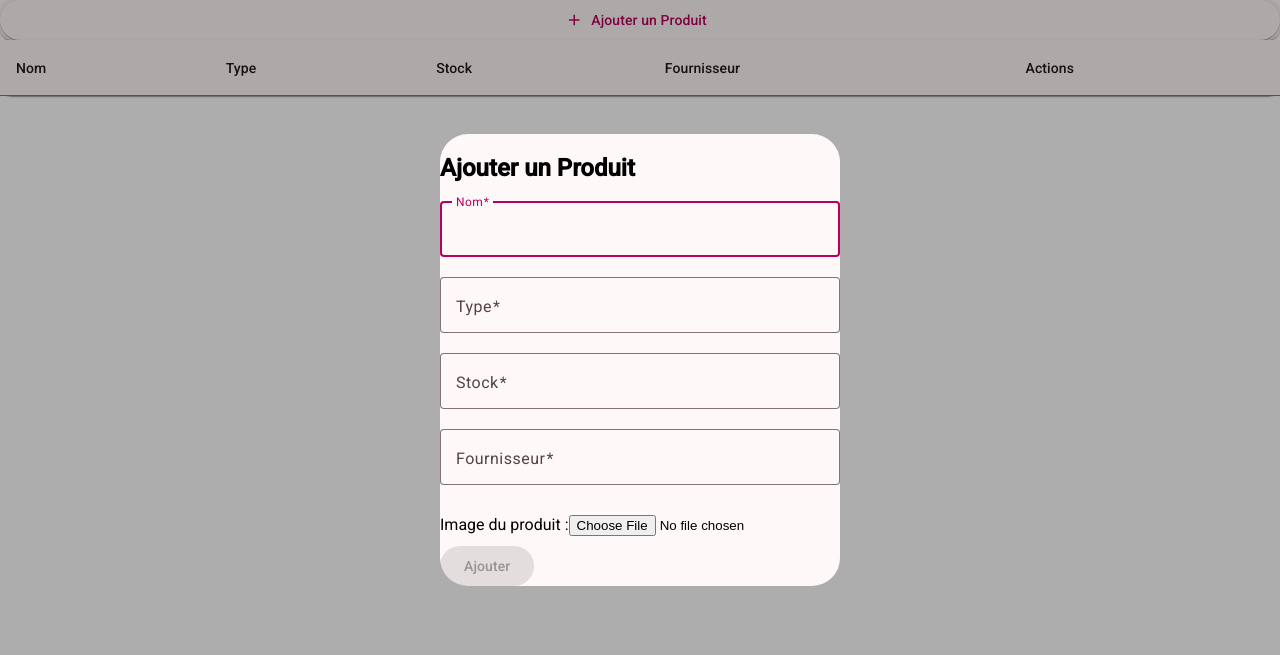
Repository: hadilXattia/Gestion_Production
Page: /produits (app in frontend-production/), after clicking the first element matching `button.mdc-button`
These files come from the project's save history. The page is drawn as it stood at one moment and after the next save; the edit follows.
The browser window is 1280 px wide. The pictures show the whole page.
The page's requests for data from a server got no answer. The project was rebuilt for these pictures with package versions that can differ from the ones it lists, and the page was loaded fresh each time. No one was signed in, and anything a server would have sent is missing. Also part of the build but not shown: frontend-production/angular.json, frontend-production/src/app/components/machine/machine.component.ts, frontend-production/src/app/services/machine.service.ts, frontend-production/src/app/components/technicien/technicien.component.ts, frontend-production/src/app/services/technicien.service.ts, frontend-production/src/app/components/ordre-fabrication/ordre-fabrication.component.ts, frontend-production/src/app/services/ordre-fabrication.service.ts, frontend-production/src/app/components/maintenance/maintenance.component.ts and 1 more.

Above is the page before, as saved 2025-05-10 12:42:49.

### frontend-production/src/index.html
<!doctype html>
<html lang="en">
<head>
  <meta charset="utf-8">
  <title>FrontendProduction</title>
  <base href="/">
  <meta name="viewport" content="width=device-width, initial-scale=1">
  <link rel="icon" type="image/x-icon" href="favicon.ico">
  <link href="https://fonts.googleapis.com/css2?family=Roboto:wght@300;400;500&display=swap" rel="stylesheet">
  <link href="https://fonts.googleapis.com/icon?family=Material+Icons" rel="stylesheet">
</head>
<body class="mat-typography">
  <app-root></app-root>
</body>
</html>

### frontend-production/src/main.ts
import { bootstrapApplication } from '@angular/platform-browser';
import { AppComponent } from './app/app.component';
import { provideHttpClient } from '@angular/common/http';
import { importProvidersFrom } from '@angular/core';
import { FormsModule } from '@angular/forms';
import { provideRouter } from '@angular/router';
import { routes } from './app/app.routes';

bootstrapApplication(AppComponent, {
  providers: [
    provideHttpClient(),
    importProvidersFrom(FormsModule),
    provideRouter(routes)
  ]
});

### frontend-production/src/app/app.component.ts
import { Component } from '@angular/core';
import { RouterOutlet } from '@angular/router';

@Component({
  selector: 'app-root',
  imports: [RouterOutlet],
  templateUrl: './app.component.html',
  styleUrl: './app.component.css'
})
export class AppComponent {
  title = 'frontend-production';
}

### frontend-production/src/app/app.routes.ts
import { Routes } from '@angular/router';
import { ProduitComponent } from './components/produit/produit.component';
import { MachineComponent } from './components/machine/machine.component';
import { TechnicienComponent } from './components/technicien/technicien.component';
import { OrdreFabricationComponent } from './components/ordre-fabrication/ordre-fabrication.component';
import { MaintenanceComponent } from './components/maintenance/maintenance.component';

export const routes: Routes = [
  { path: 'produits', component: ProduitComponent },
  { path: 'machines', component: MachineComponent },
  { path: 'techniciens', component: TechnicienComponent },
  { path: 'ordres', component: OrdreFabricationComponent },
  { path: 'maintenances', component: MaintenanceComponent },
  { path: '', redirectTo: 'produits', pathMatch: 'full' },
  { path: '**', redirectTo: 'produits' }
];

### frontend-production/src/app/components/produit/produit.component.ts
import { Component, OnInit } from '@angular/core';
import { ProduitService } from '../../services/produit.service';
import { MatDialog } from '@angular/material/dialog';
import { AjouterProduitDialogComponent } from './ajouter-produit-dialog.component';

import { NgFor, CommonModule } from '@angular/common';
import { FormsModule } from '@angular/forms';
import { MatTableModule } from '@angular/material/table';
import { MatButtonModule } from '@angular/material/button';
import { MatFormFieldModule } from '@angular/material/form-field';
import { MatInputModule } from '@angular/material/input';
import { MatCardModule } from '@angular/material/card';
import { MatIconModule } from '@angular/material/icon';
import { MatDialogModule } from '@angular/material/dialog';

@Component({
  selector: 'app-produit',
  standalone: true,
  imports: [
    NgFor, CommonModule, FormsModule, MatTableModule,
    MatButtonModule, MatFormFieldModule, MatDialogModule,
    MatInputModule, MatCardModule, MatIconModule
  ],
  templateUrl: './produit.component.html',
  styleUrl: './produit.component.css'
})
export class ProduitComponent implements OnInit {
  produits: any[] = [];

  constructor(private produitService: ProduitService, private dialog: MatDialog) {}

  ngOnInit() {
    this.loadProduits();
  }

  loadProduits() {
    this.produitService.getProduits().subscribe(data => {
      this.produits = data;
    });
  }

  openAjouterDialog() {
    const dialogRef = this.dialog.open(AjouterProduitDialogComponent, {
      width: '400px'
    });

    dialogRef.afterClosed().subscribe(result => {
      if (result) {
        this.produitService.createProduit(result).subscribe(() => {
          this.loadProduits();
        });
      }
    });
  }

  deleteProduit(id: number) {
    this.produitService.deleteProduit(id).subscribe(() => {
      this.loadProduits();
    });
  }
}

### frontend-production/src/app/components/produit/produit.component.html
<!-- Button to open the add product dialog -->
<mat-card class="mt-4">
  <button mat-raised-button color="primary" (click)="openAjouterDialog()">
    <mat-icon>add</mat-icon> Ajouter un Produit
  </button>
</mat-card>

<!-- Product list table -->
<mat-card class="mt-4">
  <table mat-table [dataSource]="produits" class="mat-elevation-z8" style="width: 100%;">
    <!-- Nom Column -->
    <ng-container matColumnDef="nom">
      <th mat-header-cell *matHeaderCellDef> Nom </th>
      <td mat-cell *matCellDef="let produit"> {{ produit.nom }} </td>
    </ng-container>

    <!-- Type Column -->
    <ng-container matColumnDef="type">
      <th mat-header-cell *matHeaderCellDef> Type </th>
      <td mat-cell *matCellDef="let produit"> {{ produit.type }} </td>
    </ng-container>

    <!-- Stock Column -->
    <ng-container matColumnDef="stock">
      <th mat-header-cell *matHeaderCellDef> Stock </th>
      <td mat-cell *matCellDef="let produit"> {{ produit.stock }} </td>
    </ng-container>

    <!-- Fournisseur Column -->
    <ng-container matColumnDef="fournisseur">
      <th mat-header-cell *matHeaderCellDef> Fournisseur </th>
      <td mat-cell *matCellDef="let produit"> {{ produit.fournisseur }} </td>
    </ng-container>

    <!-- Actions Column -->
    <ng-container matColumnDef="actions">
      <th mat-header-cell *matHeaderCellDef> Actions </th>
      <td mat-cell *matCellDef="let produit">
        <button mat-raised-button color="warn" (click)="deleteProduit(produit.id)">
          <mat-icon>delete</mat-icon> Supprimer
        </button>
      </td>
    </ng-container>

    <tr mat-header-row *matHeaderRowDef="['nom', 'type', 'stock', 'fournisseur', 'actions']"></tr>
    <tr mat-row *matRowDef="let row; columns: ['nom', 'type', 'stock', 'fournisseur', 'actions'];"></tr>
  </table>
</mat-card>

### frontend-production/src/app/services/produit.service.ts
import { Injectable } from '@angular/core';
import { HttpClient } from '@angular/common/http';
import { Observable } from 'rxjs';

export interface Produit {
  id?: number;
  nom: string;
  type: string;
  stock: number;
  fournisseur: string;
}

@Injectable({
  providedIn: 'root'
})
export class ProduitService {
  private apiUrl = 'http://localhost:8080/api/produits';

  constructor(private http: HttpClient) {}

  getProduits(): Observable<Produit[]> {
    return this.http.get<Produit[]>(this.apiUrl);
  }

  createProduit(produit: Produit): Observable<Produit> {
    return this.http.post<Produit>(this.apiUrl, produit);
  }

  updateProduit(id: number, produit: Produit): Observable<Produit> {
    return this.http.put<Produit>(`${this.apiUrl}/${id}`, produit);
  }

  deleteProduit(id: number): Observable<void> {
    return this.http.delete<void>(`${this.apiUrl}/${id}`);
  }
}

### frontend-production/src/app/components/produit/ajouter-produit-dialog.component.ts
import { Component } from '@angular/core';
import { MatDialogRef } from '@angular/material/dialog';
import { FormsModule, NgForm } from '@angular/forms';
import { MatFormFieldModule } from '@angular/material/form-field';
import { MatInputModule } from '@angular/material/input';
import { MatButtonModule } from '@angular/material/button';
import { CommonModule } from '@angular/common';

@Component({
  selector: 'app-ajouter-produit-dialog',
  standalone: true,
  imports: [
    CommonModule,
    FormsModule,
    MatFormFieldModule,
    MatInputModule,
    MatButtonModule
  ],
  template: `
    <h2>Ajouter un Produit</h2>
    <form #produitForm="ngForm" (ngSubmit)="submit(produitForm)">
      <!-- Nom -->
      <mat-form-field appearance="outline" style="display:block">
        <mat-label>Nom</mat-label>
        <input matInput [(ngModel)]="produit.nom" name="nom" #nom="ngModel" required>
        <div class="error" *ngIf="nom.invalid && nom.touched">Le nom est requis.</div>
      </mat-form-field>

      <!-- Type -->
      <mat-form-field appearance="outline" style="display:block">
        <mat-label>Type</mat-label>
        <input matInput [(ngModel)]="produit.type" name="type" #type="ngModel" required>
        <div class="error" *ngIf="type.invalid && type.touched">Le type est requis.</div>
      </mat-form-field>

      <!-- Stock -->
      <mat-form-field appearance="outline" style="display:block">
        <mat-label>Stock</mat-label>
        <input matInput type="number" [(ngModel)]="produit.stock" name="stock" #stock="ngModel" required min="0">
        <div class="error" *ngIf="stock.invalid && stock.touched">
          Le stock est requis et doit être un nombre positif.
        </div>
      </mat-form-field>

      <!-- Fournisseur -->
      <mat-form-field appearance="outline" style="display:block">
        <mat-label>Fournisseur</mat-label>
        <input matInput [(ngModel)]="produit.fournisseur" name="fournisseur" #fournisseur="ngModel" required>
        <div class="error" *ngIf="fournisseur.invalid && fournisseur.touched">Le fournisseur est requis.</div>
      </mat-form-field>

      <!-- Image Upload -->
      <div style="margin: 10px 0;">
        <label for="imageUpload">Image du produit :</label>
        <input type="file" id="imageUpload" (change)="onFileSelected($event)" accept="image/*" />
        <div *ngIf="imagePreview" style="margin-top: 10px;">
          <p>Prévisualisation :</p>
          <img [src]="imagePreview" alt="Image du produit" style="max-width: 200px; max-height: 200px;" />
        </div>
      </div>

      <!-- Submit Button -->
      <button mat-raised-button color="primary" type="submit" [disabled]="produitForm.invalid">
        Ajouter
      </button>
    </form>
  `,
  styles: [`
    .error {
      color: red;
      font-size: 0.8em;
      margin-top: 4px;
    }
  `]
})
export class AjouterProduitDialogComponent {
  produit = { nom: '', type: '', stock: null, fournisseur: '', image: '' };
  imagePreview: string | ArrayBuffer | null = null;

  constructor(public dialogRef: MatDialogRef<AjouterProduitDialogComponent>) {}

  onFileSelected(event: Event) {
    const file = (event.target as HTMLInputElement).files?.[0];
    if (file) {
      const reader = new FileReader();
      reader.onload = () => {
        this.imagePreview = reader.result;
        this.produit.image = reader.result as string; // Store as base64 string
      };
      reader.readAsDataURL(file);
    }
  }

  submit(form: NgForm) {
    if (form.valid) {
      this.dialogRef.close(this.produit);
    }
  }
}

Loaded but not shown: frontend-production/src/styles.css (common file); frontend-production/src/app/app.component.html (common file); frontend-production/src/app/app.component.css (no stored copy; drawn as an empty file); frontend-production/src/app/components/produit/produit.component.css (no stored copy; drawn as an empty file)

After the next save:
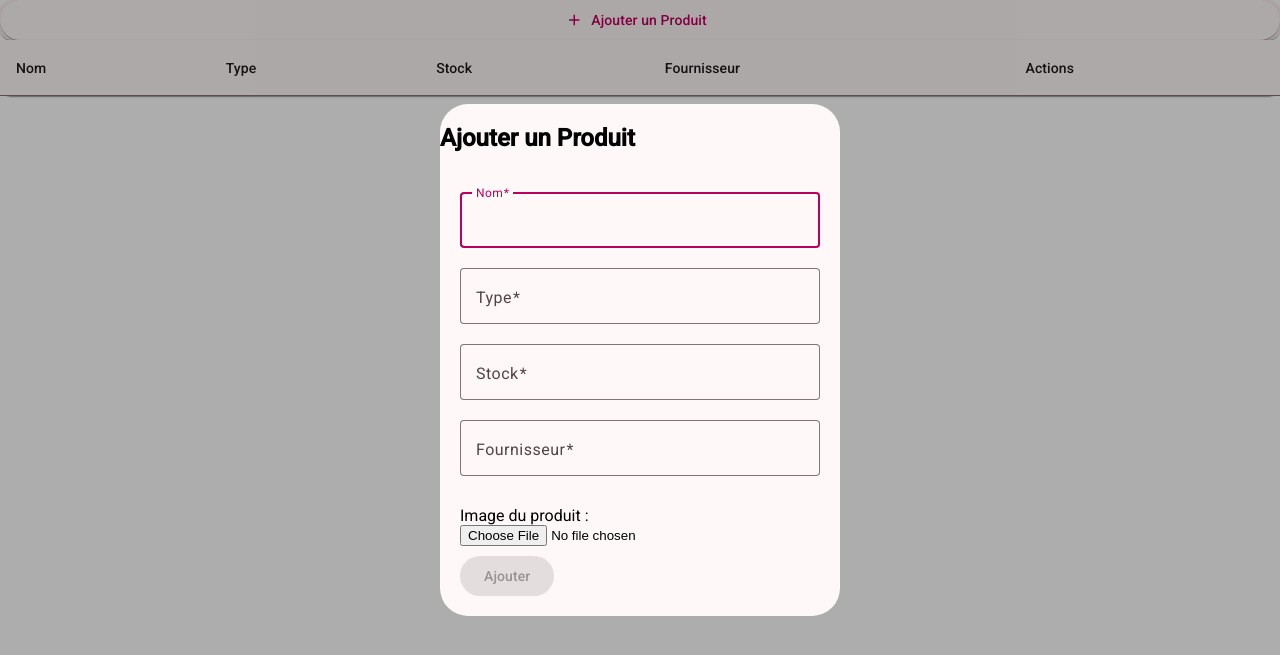
Saved 52 s later.
--- a/frontend-production/src/app/components/produit/ajouter-produit-dialog.component.ts
+++ b/frontend-production/src/app/components/produit/ajouter-produit-dialog.component.ts
@@ -18,7 +18,7 @@ import { CommonModule } from '@angular/common';
   ],
   template: `
     <h2>Ajouter un Produit</h2>
-    <form #produitForm="ngForm" (ngSubmit)="submit(produitForm)">
+    <form #produitForm="ngForm" (ngSubmit)="submit(produitForm)" class="form-container">
       <!-- Nom -->
       <mat-form-field appearance="outline" style="display:block">
         <mat-label>Nom</mat-label>
@@ -66,6 +66,9 @@ import { CommonModule } from '@angular/common';
     </form>
   `,
   styles: [`
+    .form-container {
+      padding: 20px;
+    }
     .error {
       color: red;
       font-size: 0.8em;
@@ -85,7 +88,7 @@ export class AjouterProduitDialogComponent {
       const reader = new FileReader();
       reader.onload = () => {
         this.imagePreview = reader.result;
-        this.produit.image = reader.result as string; // Store as base64 string
+        this.produit.image = reader.result as string;
       };
       reader.readAsDataURL(file);
     }
